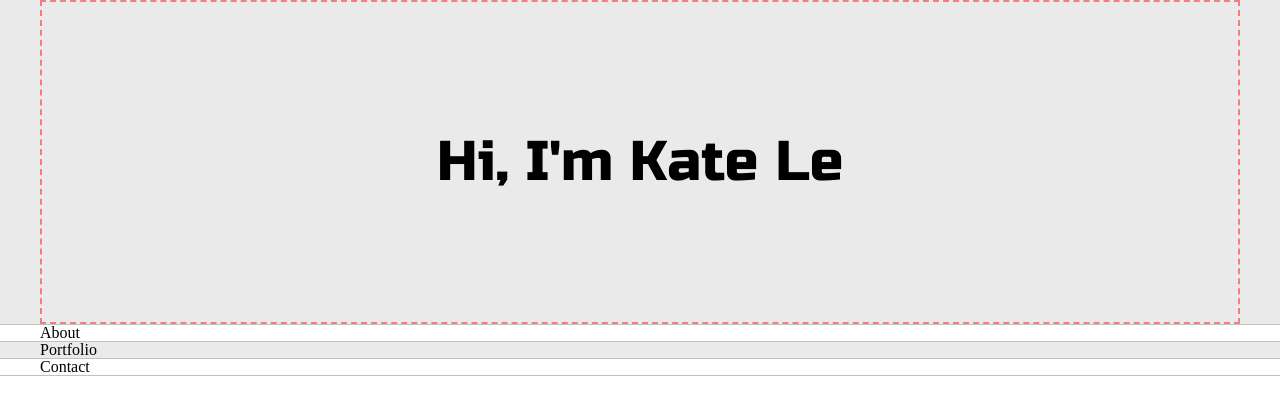
Repository: kate30980/my-persponal-website
Page: index.html
An editor plug-in stored every save of this project. The page is shown before and after the next save, followed by the edit.
The browser window is 1280 px wide. The pictures show the whole page.

Above is the page before, as saved 2021-08-26 17:16:17.

### index.html
<!DOCTYPE html>
<html lang="en">

<head>
    <meta charset="UTF-8">
    <meta http-equiv="X-UA-Compatible" content="IE=edge">
    <meta name="viewport" content="width=device-width, initial-scale=1.0">
    <title>Kate Le</title>
    <link rel="preconnect" href="https://fonts.googleapis.com">
    <link rel="preconnect" href="https://fonts.gstatic.com" crossorigin>
    <link rel="preconnect" href="https://fonts.googleapis.com">
    <link rel="preconnect" href="https://fonts.gstatic.com" crossorigin>
    <link href="https://fonts.googleapis.com/css2?family=Poppins:wght@300;400;600;700&family=Russo+One&display=swap"
        rel="stylesheet">
    <link rel="stylesheet" href="reset.css">
    <link rel="stylesheet" href="main.css">
</head>

<body>

    <section class="s1">
        <div class="main-container">
            <div class="greeting-wrapper">
                <h1>Hi, I'm Kate Le</h1>
            </div>
        </div>
    </section>

    <section class="s2">
        <div class="main-container">
            About
        </div>
    </section>

    <section class="s1">
        <div class="main-container">
            Portfolio
        </div>
    </section>

    <section class="s2">
        <div class="main-container">
            Contact
        </div>
    </section>

</body>

</html>

### main.css
:root {
  --mainText: black;
  --secondaryText: #4b5156;

  --mainColor: #eaeaea;
  --secondaryColor: #fff;

  --borderColor: #c1c1c1;

  --mainFont: "Popins", sans-serif;
  --secondaryFont: "Russo One", sans-serif;
}

html,
body {
  padding: 0;
  margin: 0;
}
h1,
h2,
h3,
h4,
h5,
h6,
strong {
  color: var(--mainText);
  font-family: "Russo One", sans-serif;
  font-weight: 500;
}

p,
li,
span,
label,
input,
textarea,
select {
  color: var(--secondaryText);
  font-family: "Poppins", sans-serif;
}
ul {
  list-style: none;
}

a {
  text-decoration: none;
  color: #17a2b8;
}

h1 {
  font-size: 56px;
}
h2 {
  font-size: 36px;
}
h3 {
  font-size: 28px;
}
h4 {
  font-size: 24px;
}
h5 {
  font-size: 20px;
}
h6 {
  font-size: 16px;
}

.s1 {
  background-color: var(--mainColor);
  border-bottom: 1px solid var(--borderColor);
  overflow: auto;
}
.s2 {
  background-color: var(--secondaryColor);
  border-bottom: 1px solid var(--borderColor);
  overflow: auto;
}
.main-container {
  width: 1200px;
  margin: 0 auto;
}
.greeting-wrapper {
  display: grid;

  justify-content: center;
  align-content: center;
  border: 2px dashed lightcoral;
  min-height: 20em;
}

@media screen and (max-width: 1200px) {
  .main-container {
    width: 95%;
  }
}

Loaded but not shown: reset.css (common file)

After the next save:
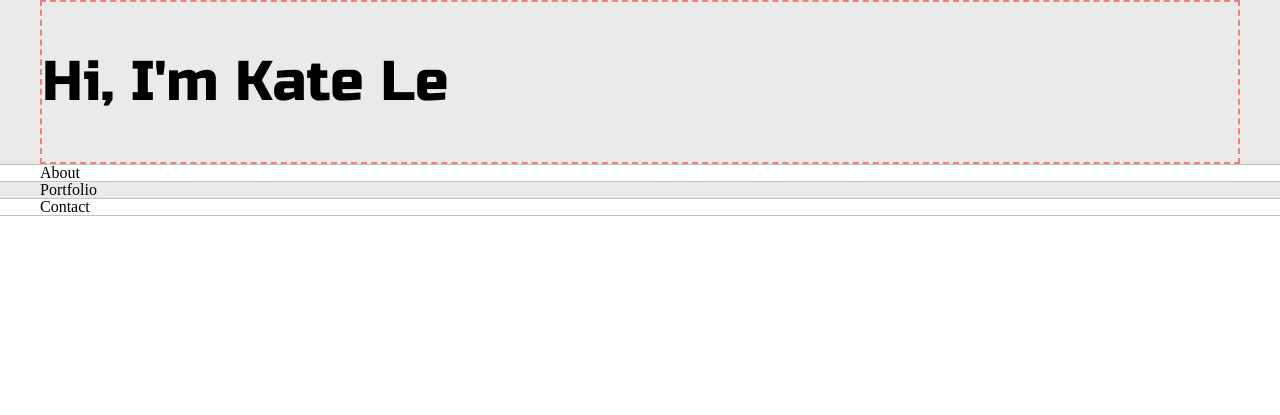
Saved 44 s later.
--- a/main.css
+++ b/main.css
@@ -82,11 +82,10 @@
 }
 .greeting-wrapper {
   display: grid;
-
-  justify-content: center;
+  align-items: center;
   align-content: center;
   border: 2px dashed lightcoral;
-  min-height: 20em;
+  min-height: 10em;
 }
 
 @media screen and (max-width: 1200px) {
